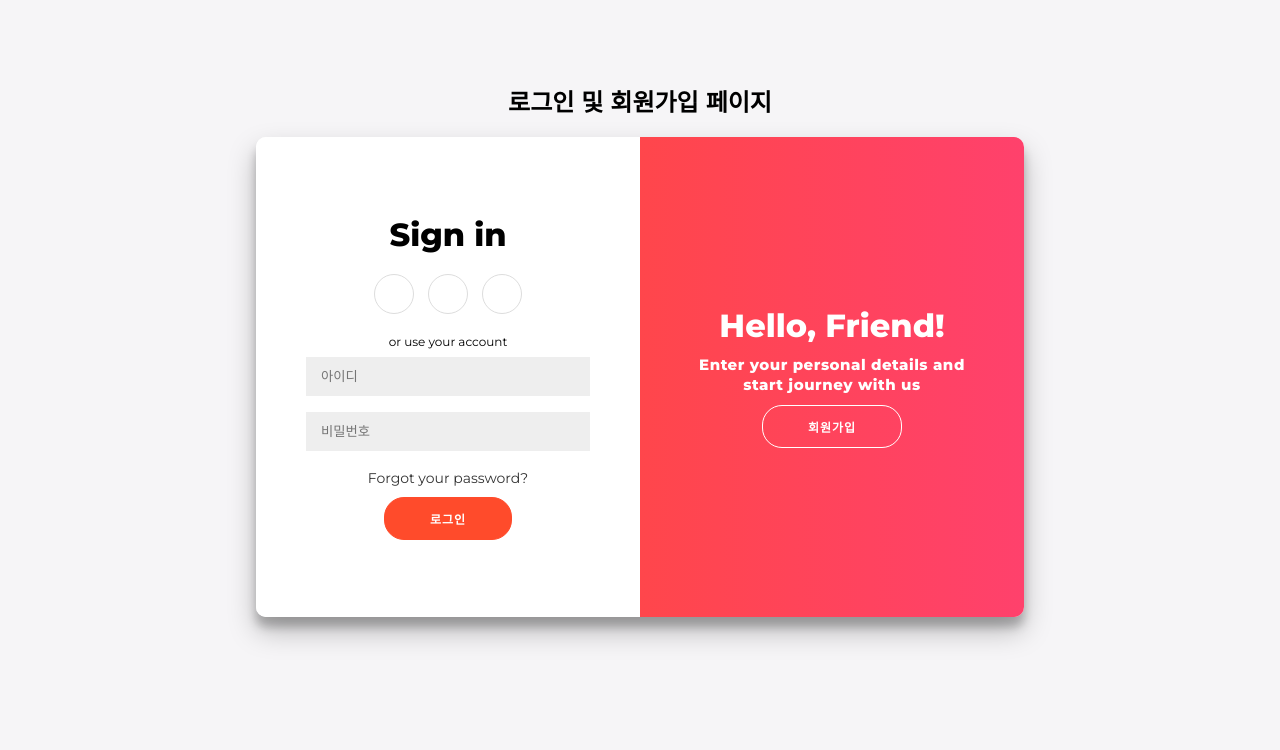
Repository: gatsby5959/_myjsp_workspace_paging_com_2
Page: http://localhost/myjsp_project/
The author's editor kept a copy of each file at every save. The page is drawn from the files as they stood at one save, then again after the next save.
The browser window is 1280 px wide. The pictures show the whole page.
The page is served by Tomcat 9.

Above is the page before, as saved 2023-09-25 17:21:36.
Console error: TypeError: Cannot read properties of null (reading 'addEventListener')

After the next save:
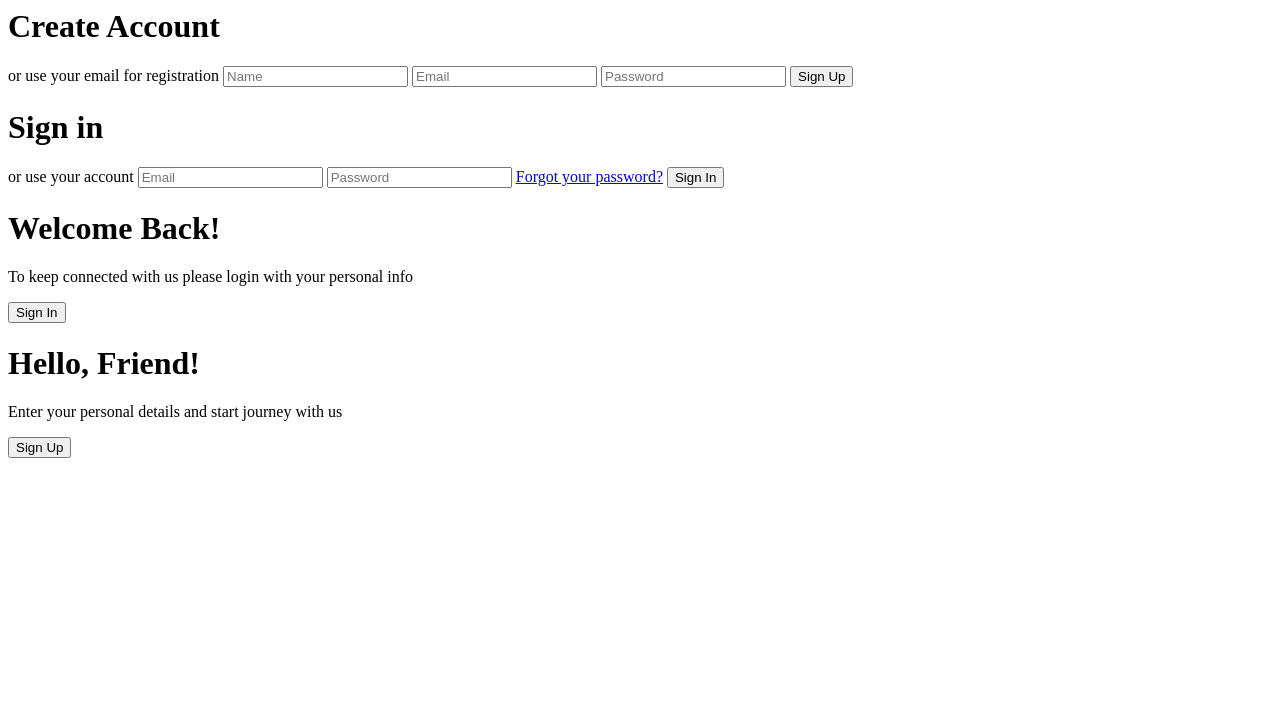
The error is gone.
Saved 79 s later.
--- a/myjsp_project/src/main/webapp/index.jsp
+++ b/myjsp_project/src/main/webapp/index.jsp
@@ -1,80 +1,47 @@
-<%@ page language="java" contentType="text/html; charset=UTF-8"
-    pageEncoding="UTF-8"%>
-<% request.setCharacterEncoding("UTF-8"); %>
 
-
-
-
-
-
-<!-- 추가부분 시작 ---------------------------------------------------------------->
-<!DOCTYPE html>
-<html lang="en">
-<head>
-    <meta charset="UTF-8">
-    <meta name="viewport" content="width=device-width, initial-scale=1.0">
-    <title>Document</title>
-    <script src="test.js"></script>
-    <script src="test.css"></script>
-    <link rel="stylesheet" href="test.css">
-
-<body>
-
-
-<!--<h2>Weekly Coding Challenge #1: Sign in/up Form</h2>-->
-<h2>로그인 및 회원가입 페이지</h2>
 <div class="container" id="container">
-  <div class="form-container sign-up-container">
-    <form action="#">
-      <h1>Create Account</h1>
-      <div class="social-container">
-        <a href="#" class="social"><i class="fab fa-facebook-f"></i></a>
-        <a href="#" class="social"><i class="fab fa-google-plus-g"></i></a>
-        <a href="#" class="social"><i class="fab fa-linkedin-in"></i></a>
-      </div>
-      <span>or use your email for registration</span>
-      <input type="text" placeholder="Name" />
-      <input type="email" placeholder="아이디" />
-      <input type="password" placeholder="비밀번호" />
-      <button>회원가입</button>
-    </form>
-  </div>
-  <div class="form-container sign-in-container">
-    <form action="/mem/login" method="post">
-      <h1>Sign in</h1>
-      <div class="social-container">
-        <a href="#" class="social"><i class="fab fa-facebook-f"></i></a>
-        <a href="#" class="social"><i class="fab fa-google-plus-g"></i></a>
-        <a href="#" class="social"><i class="fab fa-linkedin-in"></i></a>
-      </div>
-      <span>or use your account</span>
-      <input type="text" placeholder="아이디" />
-      <input type="text" placeholder="비밀번호" />
-      <a href="#">Forgot your password?</a>
-      <button>로그인</button>
-    </form>
-  </div>
-  <div class="overlay-container">
-    <div class="overlay">
-      <div class="overlay-panel overlay-left">
-        <h1>Welcome Back!</h1>
-        <p>To keep connected with us please login with your personal info</p>
-        <button class="ghost" id="signIn">로그인</button>
-      </div>
-      <div class="overlay-panel overlay-right">
-        <h1>Hello, Friend!</h1>
-        <p>Enter your personal details and start journey with us</p>
-        <button class="ghost" id="signUp">회원가입</button>
-      </div>
-    </div>
-  </div>
+	<div class="form-container sign-up-container">
+		<form action="#">
+			<h1>Create Account</h1>
+			<div class="social-container">
+				<a href="#" class="social"><i class="fab fa-facebook-f"></i></a>
+				<a href="#" class="social"><i class="fab fa-google-plus-g"></i></a>
+				<a href="#" class="social"><i class="fab fa-linkedin-in"></i></a>
+			</div>
+			<span>or use your email for registration</span>
+			<input type="text" placeholder="Name" />
+			<input type="email" placeholder="Email" />
+			<input type="password" placeholder="Password" />
+			<button>Sign Up</button>
+		</form>
+	</div>
+	<div class="form-container sign-in-container">
+		<form action="#">
+			<h1>Sign in</h1>
+			<div class="social-container">
+				<a href="#" class="social"><i class="fab fa-facebook-f"></i></a>
+				<a href="#" class="social"><i class="fab fa-google-plus-g"></i></a>
+				<a href="#" class="social"><i class="fab fa-linkedin-in"></i></a>
+			</div>
+			<span>or use your account</span>
+			<input type="email" placeholder="Email" />
+			<input type="password" placeholder="Password" />
+			<a href="#">Forgot your password?</a>
+			<button>Sign In</button>
+		</form>
+	</div>
+	<div class="overlay-container">
+		<div class="overlay">
+			<div class="overlay-panel overlay-left">
+				<h1>Welcome Back!</h1>
+				<p>To keep connected with us please login with your personal info</p>
+				<button class="ghost" id="signIn">Sign In</button>
+			</div>
+			<div class="overlay-panel overlay-right">
+				<h1>Hello, Friend!</h1>
+				<p>Enter your personal details and start journey with us</p>
+				<button class="ghost" id="signUp">Sign Up</button>
+			</div>
+		</div>
+	</div>
 </div>
-
-
-<!-- 값이 없으면 못먹는 경우도 있어서 그 처리를 아래에 넣는 경우도 있음 스타일은 헤더에 스크리븡는 바디 닫기 직기전에 넣을수도잇음 -->
-<script src="test.js"></script>
-
-</body>
-</html>
-
-<!-- 추가부분 끝 ------------------------------------------------------------------>
